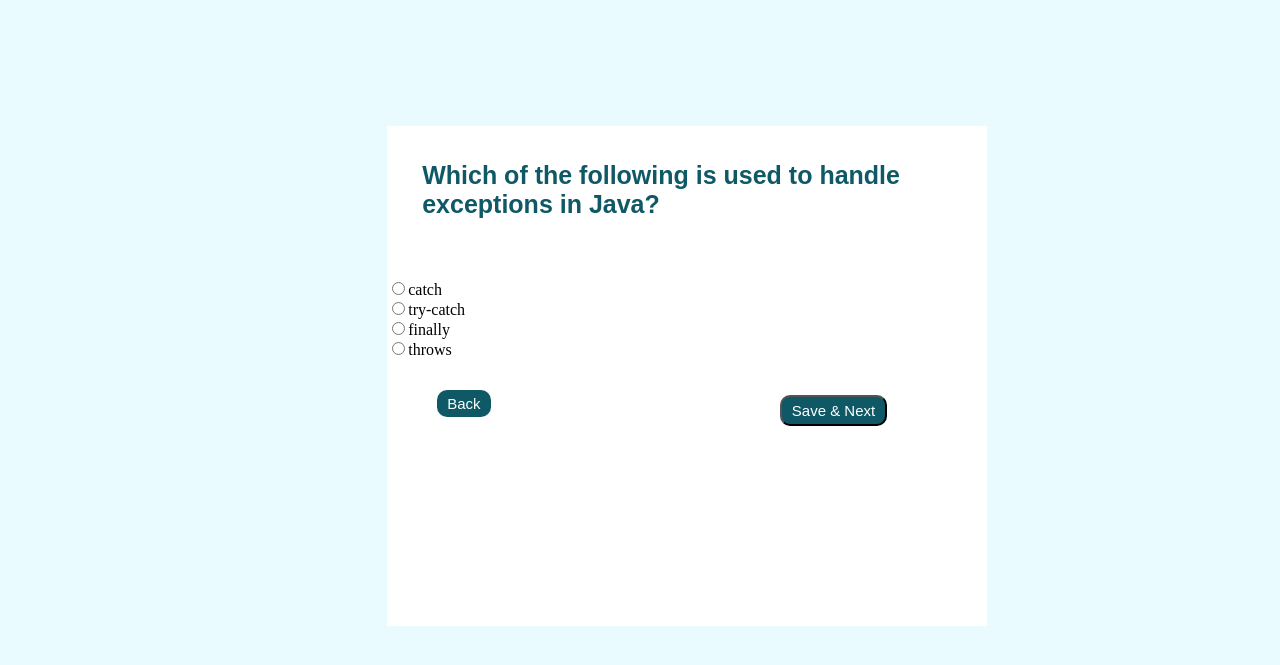
Repository: Rupali-8062Chourasiya5279/Internship_Task_Rupali
Page: Programming Language/quiz/QuizApp/src/main/webapp/First.html
These files come from the project's save history. The page is drawn as it stood at one moment and after the next save; the edit follows.
The browser window is 1280 px wide. The pictures show the whole page.

Above is the page before, as saved 2025-01-24 13:43:27.

### Programming Language/quiz/QuizApp/src/main/webapp/First.html
<!DOCTYPE html>
<html>
<head>
<meta charset="UTF-8">
<title>Que1</title>
<style>
body
{
background-color: #7ce0f4;
}
#div1
{
background-color: white;
height :500px ;
width : 600px;
margin-left: 30%;
margin-top: 10%;
}
 h3
 {
 padding:35px;
 font: bold;
 color: #0f5866;
 font-family: sans-serif;
 font-size: 25px;
 }
 #a{
 text-decoration: none;
 font: bold;
 color: white;
 background-color:#0f5866;
 font-family: sans-serif;
 padding:5px 10px 5px 10px;
 margin-left:50px;
 font-size: 15px;
 border-radius: 10px;
 }
 #sub
 {
 font: bold;
 color: white;
 background-color:#0f5866;
 font-family: sans-serif;
 float:right;
 padding:5px 10px 5px 10px;
 margin-right:100px;
 font-size: 15px;
 border-radius: 10px;
 }
 body
 {
 background-color: #e9fbfe;
 }
</style>
</head>
<body>
	<form action="First">
	<div id="div1">
	<h3>Which of the following is used to handle exceptions in Java?</h3>
	<input type="radio" name="q1" value="catch">catch</input><br>
	<input type="radio" name="q1" value="try-catch">try-catch</input><br>
	<input type="radio" name="q1" value="finally">finally</input><br>
	<input type="radio" name="q1" value="throws">throws</input><br>
	<br><br>
	<a id = "a" href="rules.html">Back</a>
	<input id = "sub" type="submit" value="Save & Next">
	</div>
	</form>
</body>
</html>

After the next save:
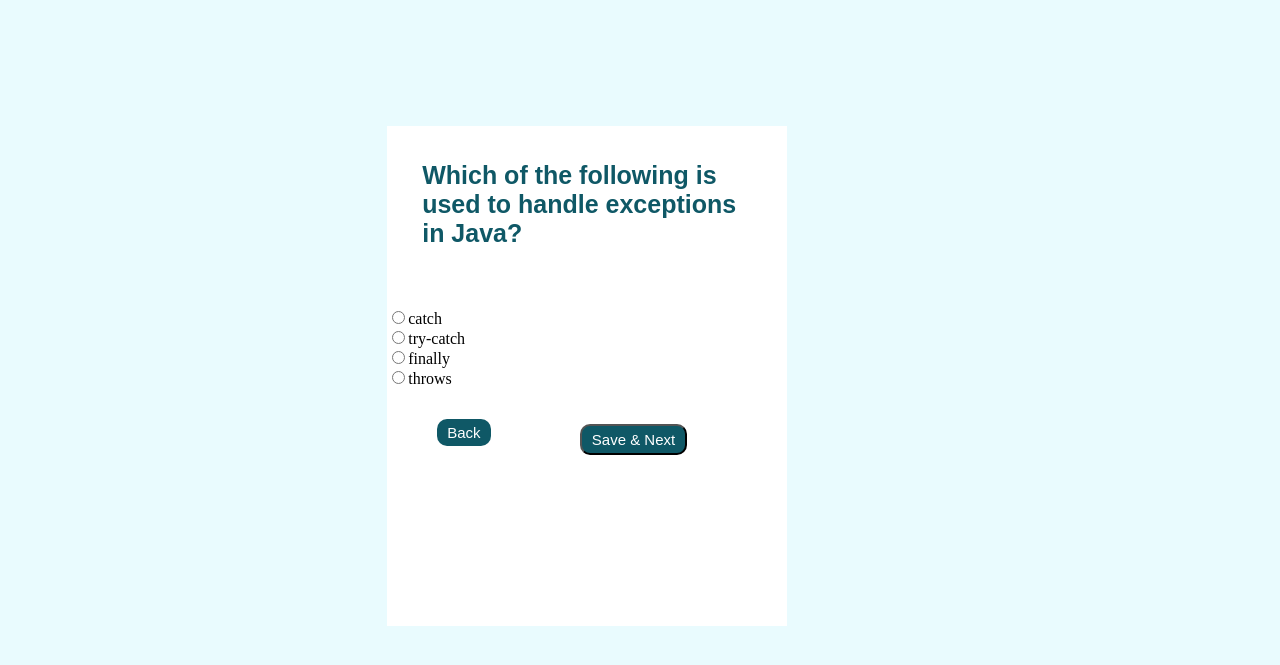
Saved 13 s later.
--- a/Programming Language/quiz/QuizApp/src/main/webapp/First.html
+++ b/Programming Language/quiz/QuizApp/src/main/webapp/First.html
@@ -12,7 +12,7 @@ background-color: #7ce0f4;
 {
 background-color: white;
 height :500px ;
-width : 600px;
+width : 400px;
 margin-left: 30%;
 margin-top: 10%;
 }
